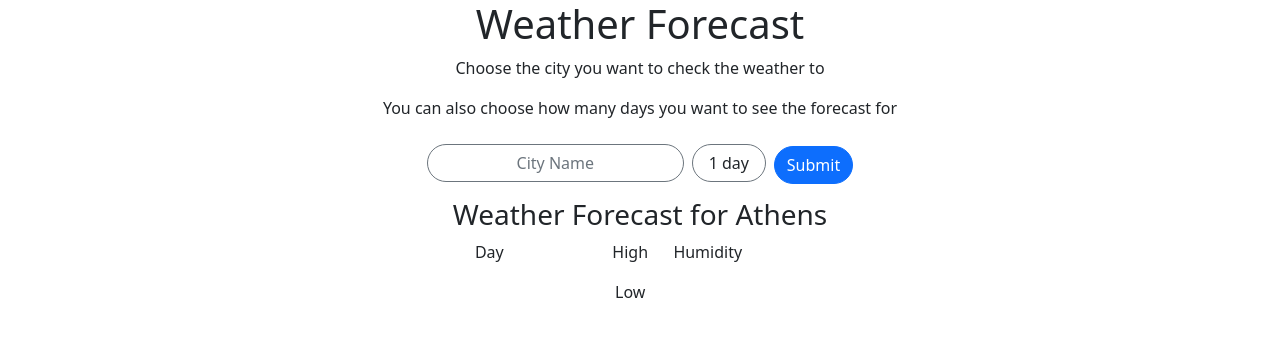
Repository: DimitrisDoxopoulos/my-own-weather-app
Page: /
The author's editor kept a copy of each file at every save. The page is drawn from the files as they stood at one save, then again after the next save.
The browser window is 1280 px wide. The pictures show the whole page.
The project was rebuilt for these pictures with package versions that can differ from the ones it lists, and the page was loaded fresh each time.

Above is the page before, as saved 2021-06-03 19:49:28.

After the next save:
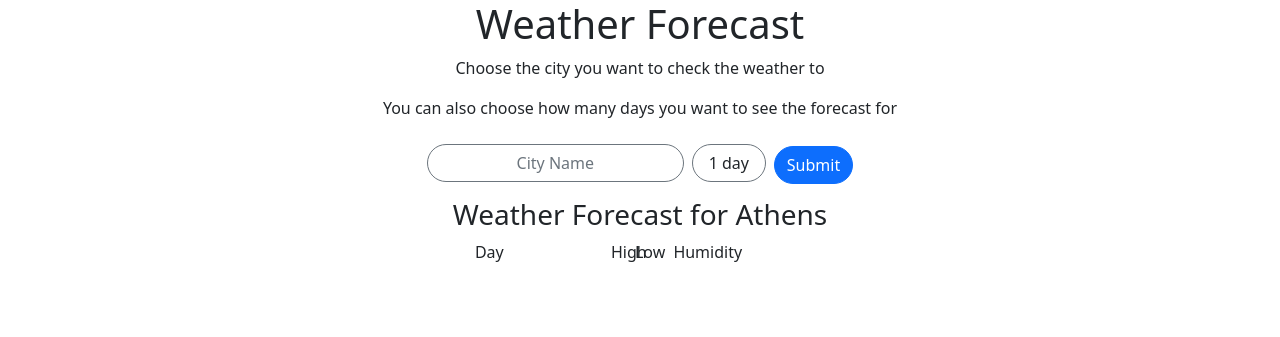
Saved 43 s later.
--- a/src/components/WeatherForecast.js
+++ b/src/components/WeatherForecast.js
@@ -14,10 +14,10 @@ const WeatherForecast = () => {
                     </div>
                     <div className="col-sm-2">
                         <div className="row">
-                            <div className="col-sm">
+                            <div className="col-sm-1">
                                 <p>High</p>
                             </div>
-                            <div className="col-sm">
+                            <div className="col-sm-1">
                                 <p>Low</p>
                             </div>
                         </div>

After the 2 saves that followed:
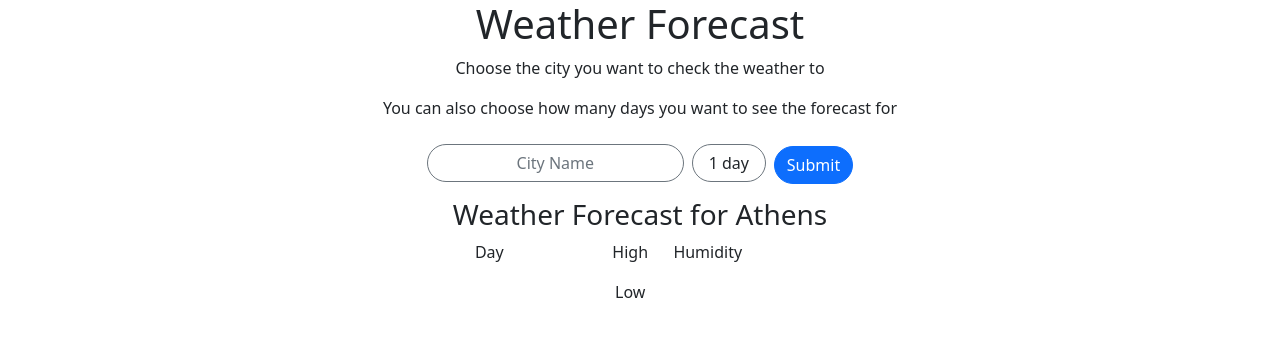
The 2 saves are shown as one change because they came seconds apart.
The last was saved 19 s later.
--- a/src/components/WeatherForecast.js
+++ b/src/components/WeatherForecast.js
@@ -14,10 +14,10 @@ const WeatherForecast = () => {
                     </div>
                     <div className="col-sm-2">
                         <div className="row">
-                            <div className="col-sm-1">
+                            <div className="col-sm">
                                 <p>High</p>
                             </div>
-                            <div className="col-sm-1">
+                            <div className="col-sm">
                                 <p>Low</p>
                             </div>
                         </div>
